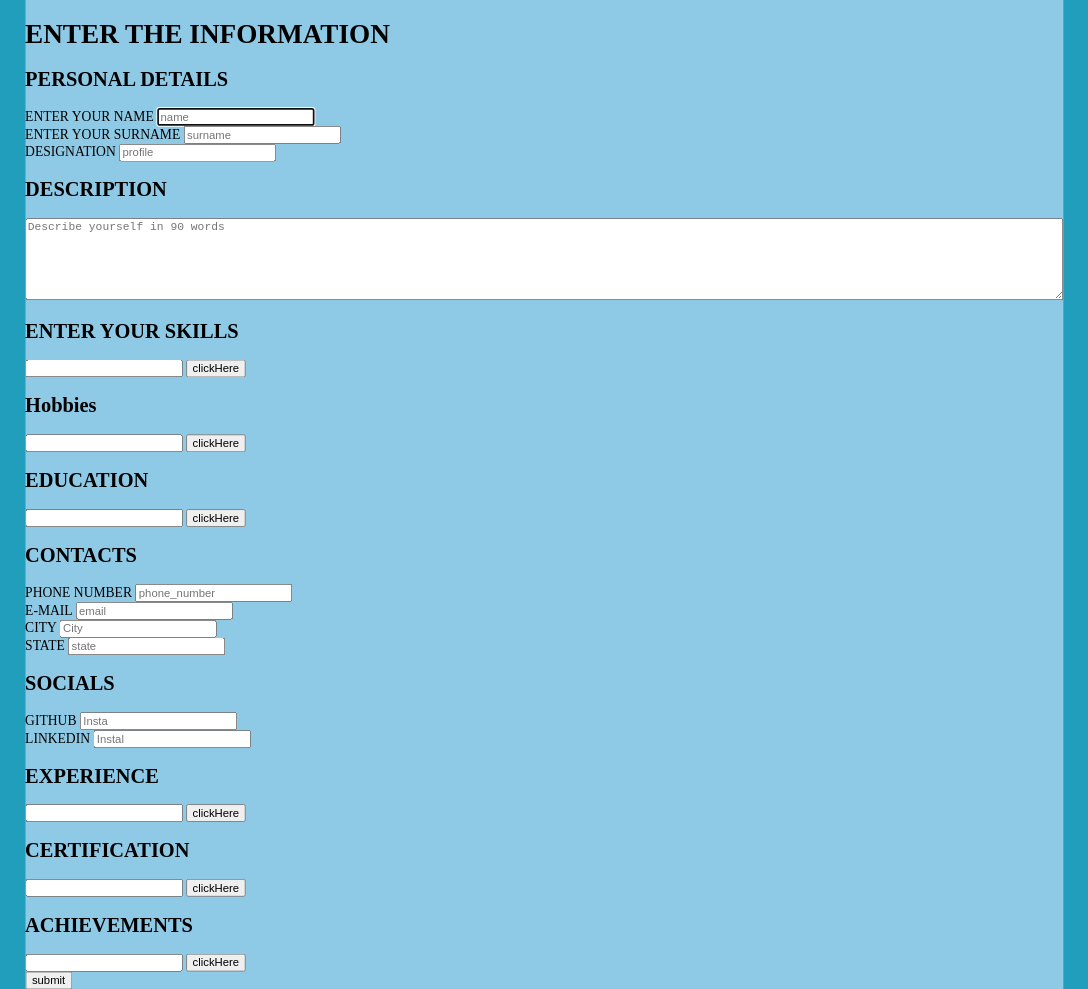
Repository: S-I-D-D-H/sync
Page: http://localhost/resume_builder/ind
The author's editor kept a copy of each file at every save. The page is drawn from the files as they stood at one save, then again after the next save.
The browser window is 1280 px wide. The pictures show the whole page, at 85% of full size.
The page is served by Tomcat 9.

Above is the page before, as saved 2023-09-03 08:24:02.

After the next save:
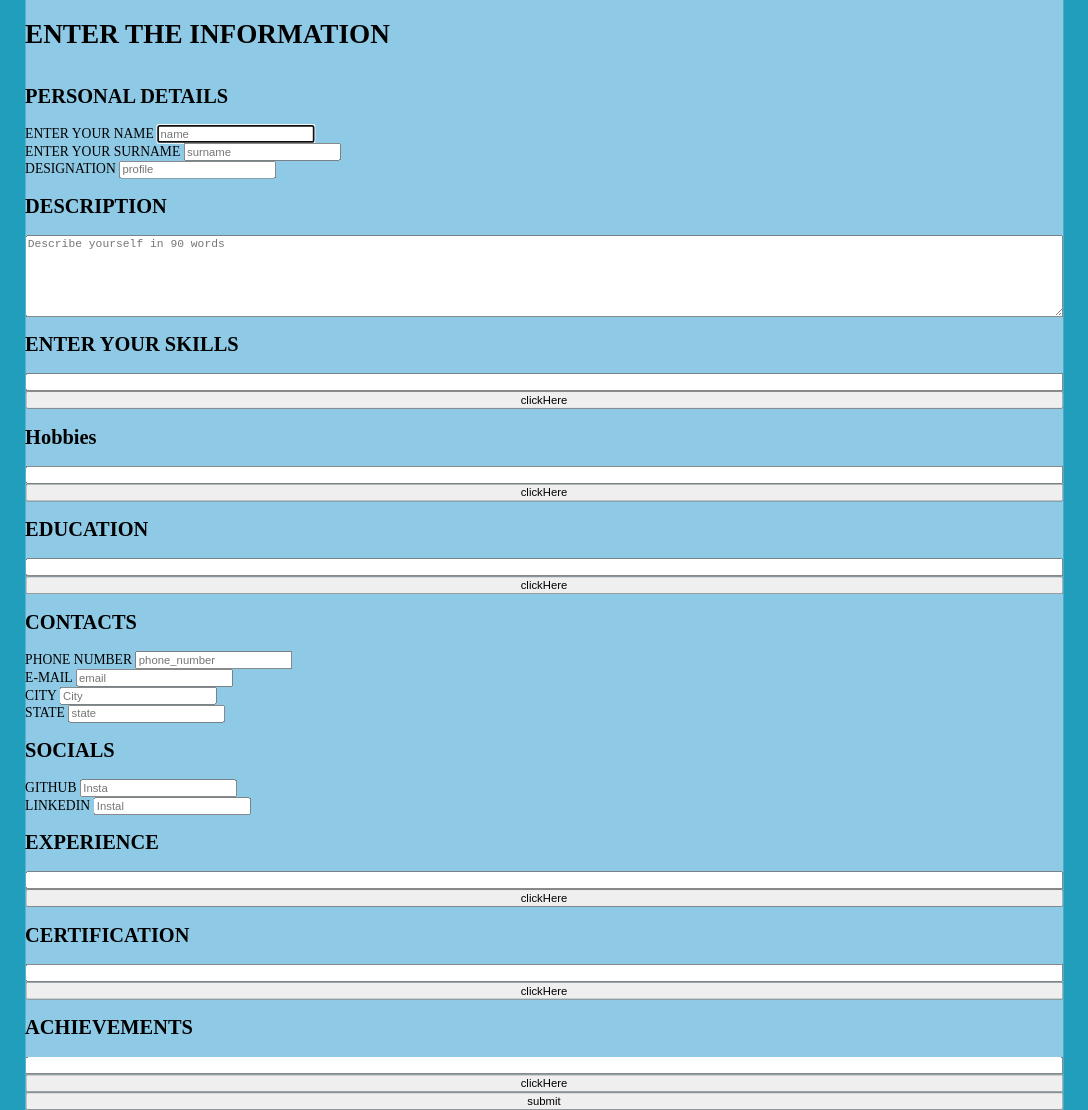
Saved 5 min 23 s later.
--- a/ressumebuilder/resume_builder/src/main/webapp/WEB-INF/VIEWS/form.jsp
+++ b/ressumebuilder/resume_builder/src/main/webapp/WEB-INF/VIEWS/form.jsp
@@ -21,6 +21,12 @@
 #header
 {
   background-color: #8ecae6;
+}
+.form-group
+{
+ display:flex;
+ flex-direction: column;
+ justify-content: space-between:
 }
 
 </style>
@@ -82,11 +88,11 @@
 
        <div id="header">
 
-       <div if="box0">
+       <div if="box0" class="form-group">
           <h1>ENTER THE INFORMATION</h1>
        </div>
 
-        <div id="box1">
+        <div id="box1" class="form-group">
 
         <h2>PERSONAL DETAILS</h2>
 
@@ -109,7 +115,7 @@
 
        </div>
 
-       <div id="box2">
+       <div id="box2" class="form-group">
        <h2>DESCRIPTION</h2>
 
        <label for="description"></label>
@@ -117,7 +123,7 @@
        <textarea maxlength="90" minlength="20" required placeholder="Describe yourself in 90 words" id="description" name="description" rows="6" cols="150" ></textarea>
        </div>
 
-       <div id="box3">
+       <div id="box3" class="form-group">
        <h2>ENTER YOUR SKILLS</h2>
        <!-- <input type="text"> -->
 
@@ -128,7 +134,7 @@
 
        </div>
 
-        <div id="box4">
+        <div id="box4" class="form-group">
         <h2>Hobbies</h2>
         <input type="text" name="in2">
         <input type="button" value="clickHere" onClick="changeit()">
@@ -136,14 +142,14 @@
 
         </div>
 
-       <div id="box5">
+       <div id="box5" class="form-group">
         <h2>EDUCATION</h2>
         <input type="text" name="in3">
         <input type="button" value="clickHere" onClick="changeitt()">
         <div id="createedu"></div>
         </div>
 
-       <div id="box6">
+       <div id="box6" class="form-group">
        <h2>CONTACTS</h2>
 
       <div class="container">
@@ -171,7 +177,7 @@
 
        </div>
 
-       <div id="box7">
+       <div id="box7" class="form-group">
         <h2>SOCIALS</h2>
         <div class="contain">
           <div>
@@ -185,14 +191,14 @@
           </div>
        </div>
 
-       <div id="box8">
+       <div id="box8" class="form-group">
         <h2>EXPERIENCE</h2>
          <input type="text" name="in4">
         <input type="button" value="clickHere" onClick="changeittt()">
         <div id="createexp"></div>
        </div>
 
-      <div id="box9">
+      <div id="box9" class="form-group">
 
         <h2>CERTIFICATION</h2>
           <input type="text" name="in5">
@@ -200,7 +206,7 @@
         <div id="createcer"></div>
       </div>
 
-      <div id="box10">
+      <div id="box10" class="form-group">
 
         <h2>ACHIEVEMENTS</h2>
           <input type="text" name="in6">
@@ -208,7 +214,7 @@
         <div id="cer"></div>
       </div>
 
-      <div id="footer">
+      <div id="footer" class="form-group">
         <button type="submit">submit</button>
        </div>
 </div>

After the save that followed:
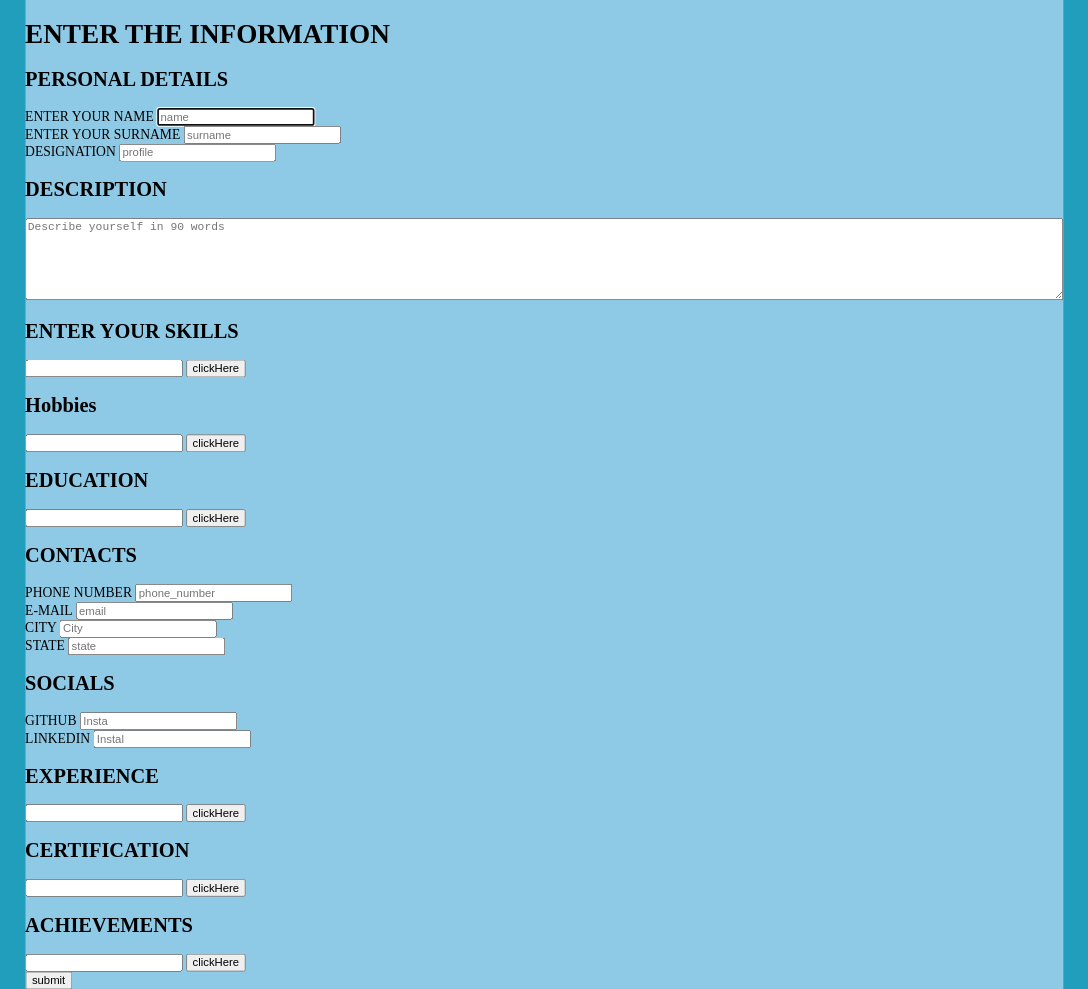
Saved 88 s later.
--- a/ressumebuilder/resume_builder/src/main/webapp/WEB-INF/VIEWS/form.jsp
+++ b/ressumebuilder/resume_builder/src/main/webapp/WEB-INF/VIEWS/form.jsp
@@ -22,12 +22,7 @@
 {
   background-color: #8ecae6;
 }
-.form-group
-{
- display:flex;
- flex-direction: column;
- justify-content: space-between:
-}
+
 
 </style>
         <script language="javascript" type="text/javascript" >
